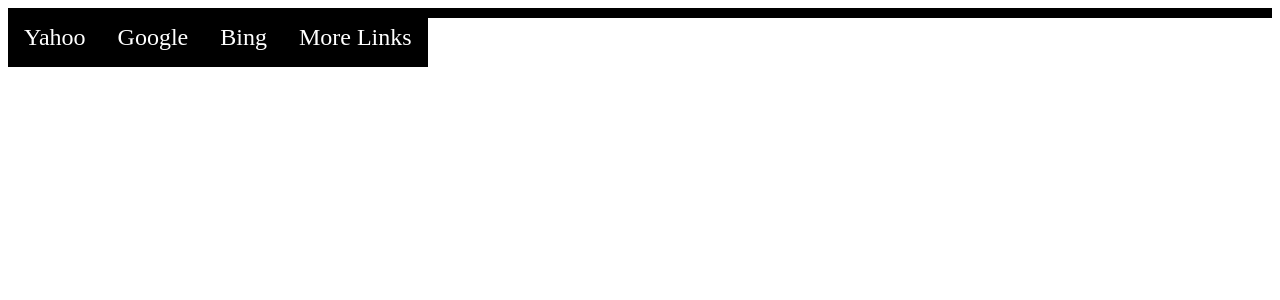
Repository: Artlepop/Artlepop.github.io
Page: index.html
The author's editor kept a record of every edit. The page is drawn from the files as they stood at one moment, then again after the next edit.
The browser window is 1280 px wide. The pictures show the whole page.

Above is the page before.

After the next edit:
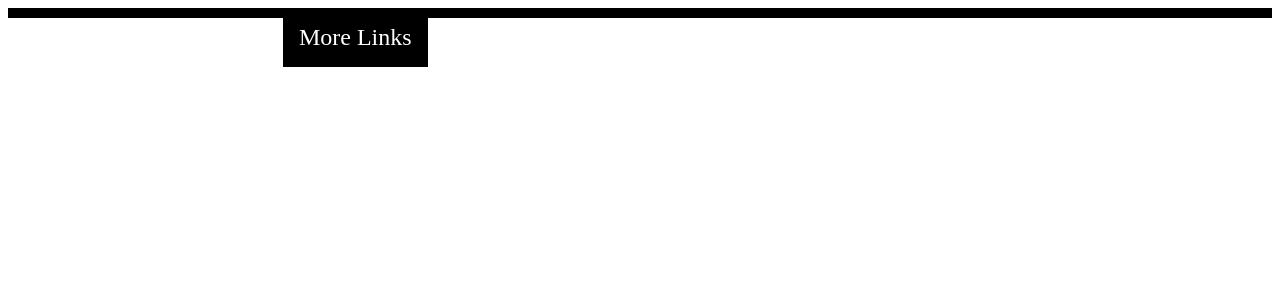
The edit:
--- a/index.html
+++ b/index.html
@@ -13,7 +13,6 @@
 
       .navbar a{
         color: white;
-        background-color: Black;
         font-size: 24px;
         text-decoration: none;
         padding:16px;
